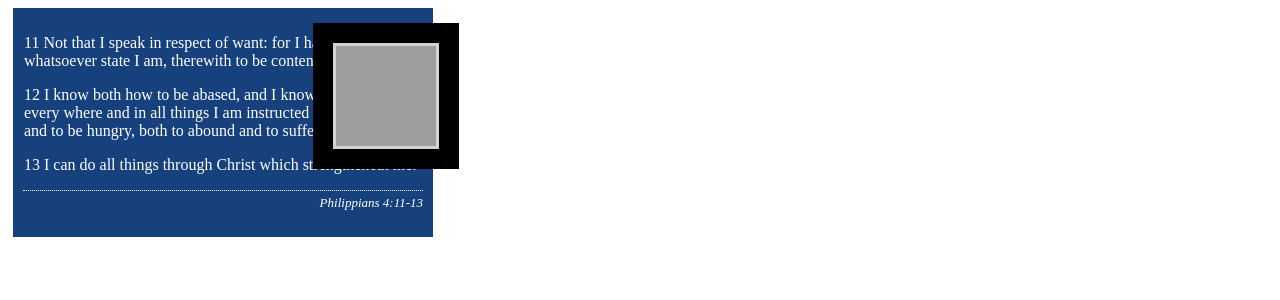
Repository: isaAJ05/wdd130
Page: week02/box-model.html
The author's editor kept a copy of each file at every save. The page is drawn from the files as they stood at one save, then again after the next save.
The browser window is 1280 px wide. The pictures show the whole page.
Pictures or frames that could not be fetched are drawn as grey boxes.

Above is the page before, as saved 2025-05-15 01:07:14.

After the next save:
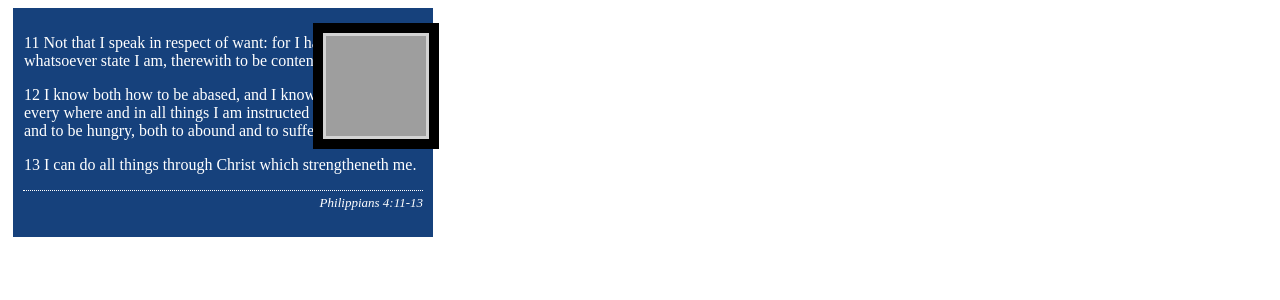
Saved 10 s later.
--- a/week02/styles/box-model.css
+++ b/week02/styles/box-model.css
@@ -10,7 +10,7 @@
 .callout img {
     position: absolute; ;
     margin: 5px 40px 50px 290px;
-    border: black solid 20px;
+    border: black solid 10px;
     padding: 3px;
     background-color: lightgray;
     width: 100px ;
